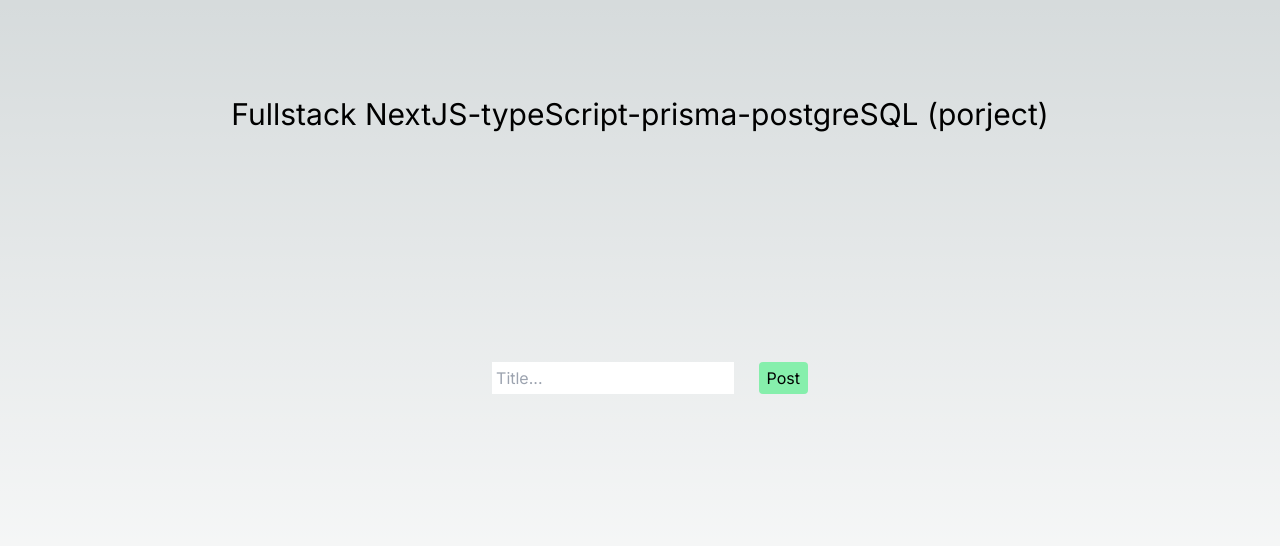
Repository: badhon252/fullstack-next-typescript-prisma-stuff
Page: /
The author's editor kept a copy of each file at every save. The page is drawn from the files as they stood at one save, then again after the next save.
The browser window is 1280 px wide. The pictures show the whole page.
The page's requests for data from a server got no answer. The project was rebuilt for these pictures with package versions that can differ from the ones it lists, and the page was loaded fresh each time. The framework's server and built-in components were replaced by stand-ins that run in the browser. No one was signed in, and anything a server would have sent is missing. Also part of the build but not shown: next.config.js.

Above is the page before, as saved 2023-05-12 02:36:58.

### app/layout.tsx
import "./globals.css";
import { Inter } from "next/font/google";

const inter = Inter({ subsets: ["latin"] });

export const metadata = {
  title: "TalentForge",
  description: "Generated by create next app",
};

export default function RootLayout({
  children,
}: {
  children: React.ReactNode;
}) {
  return (
    <html lang="en">
      <body className={inter.className}>{children}</body>
    </html>
  );
}

### app/page.tsx
"use client";
import { useEffect, useState } from "react";
import FormData from "./Form";
import { useRouter } from "next/navigation";

interface Post {
  id: number;
  title: string;
}

async function getPosts(): Promise<Post[]> {
  try {
    const response = await fetch(`/api/getPosts`);
    if (!response.ok) {
      throw new Error("Unable to fetch posts");
    }
    return response.json();
  } catch (error) {
    console.error("Error fetching posts:", error);
    return [];
  }
}

export default function Home() {
  const [posts, setPosts] = useState<Post[]>([]);
  const router = useRouter();

  useEffect(() => {
    async function fetchData() {
      try {
        const data = await getPosts();
        console.log("Fetched posts:", data);
        setPosts(data);
      } catch (error) {
        console.error("Error fetching posts:", error);
      }
    }
    router.refresh();

    fetchData();
  }, []);

  console.log("Posts:", posts);

  return (
    <main className="flex min-h-screen flex-col items-center justify-between p-24">
      <h1 className="text-3xl">
        Fullstack NextJS-typeScript-prisma-postgreSQL (porject)
      </h1>
      <FormData />
      <ul className="post">
        {posts.map((post) => (
          <li key={post.id}>
            <h1 className="text-3xl">{post.title}</h1>
          </li>
        ))}
      </ul>
    </main>
  );
}

### app/Form.tsx
"use client";
import { useRouter } from "next/navigation";
import React, { useState } from "react";

export default function FormData() {
  const [title, setTitle] = useState("");
  // const [content, setContent] = useState("");
  const router = useRouter();

  //Create a submit post
  async function submitPost(e: React.FormEvent) {
    e.preventDefault();
    const data = await fetch("/api/createPost", {
      method: "POST",
      body: JSON.stringify({ title }),
    });
    const res = await data.json();
    router.refresh();
    if (!res.ok) console.log(res.message);
    setTitle("");
    // setContent("");
  }
  return (
    <form onSubmit={submitPost}>
      <input
        className="bg-gray m-5 p-1 text-black"
        type="text"
        name="title"
        placeholder="Title..."
        onChange={(e) => setTitle(e.target.value)}
        value={title}
      />{" "}
      {/* <textarea
        className="bg-gray m-5 p-1 text-black"
        name="content"
        placeholder="Content..."
        onChange={(e) => setContent(e.target.value)}
        value={content}
      /> */}
      <button
        type="submit"
        className="bg-green-300 py-1 px-2 hover:bg-green-600 rounded text-black"
      >
        Post
      </button>
    </form>
  );
}

Loaded but not shown: app/globals.css (common file); tailwind.config.js (common file)

After the next save:
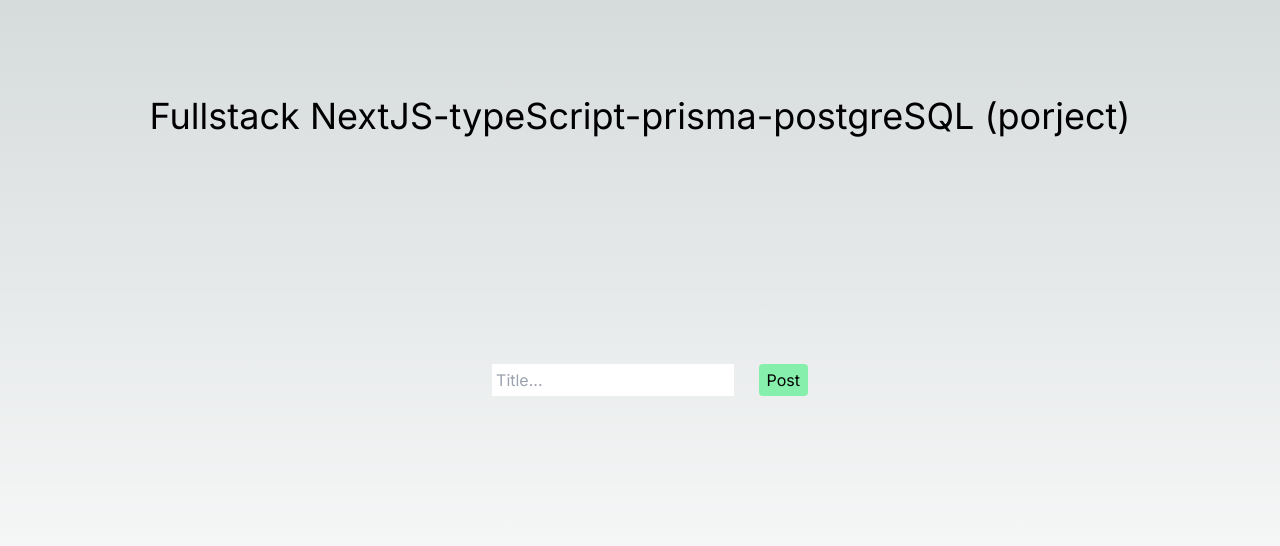
Saved 11 s later.
--- a/app/page.tsx
+++ b/app/page.tsx
@@ -44,7 +44,7 @@
 
   return (
     <main className="flex min-h-screen flex-col items-center justify-between p-24">
-      <h1 className="text-3xl">
+      <h1 className="text-4xl">
         Fullstack NextJS-typeScript-prisma-postgreSQL (porject)
       </h1>
       <FormData />
